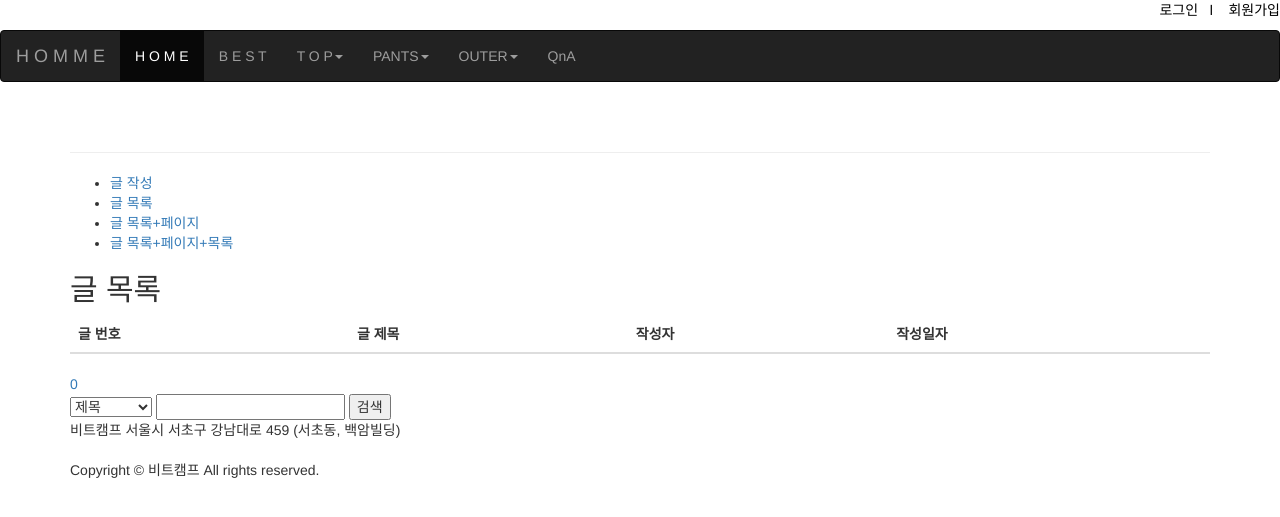
Repository: jsho8894/project03
Page: http://localhost/homme/WEB-INF/views/qna/listSearch.jsp
These files come from the project's save history. The page is drawn as it stood at one moment and after the next save; the edit follows.
The browser window is 1280 px wide. The pictures show the whole page.
The page is served by Tomcat 9. Nobody is signed in. The template is opened directly, without the code that normally fills it, so the values that code supplies are empty.

Above is the page before, as saved 2020-10-21 02:16:50.

After the next save:
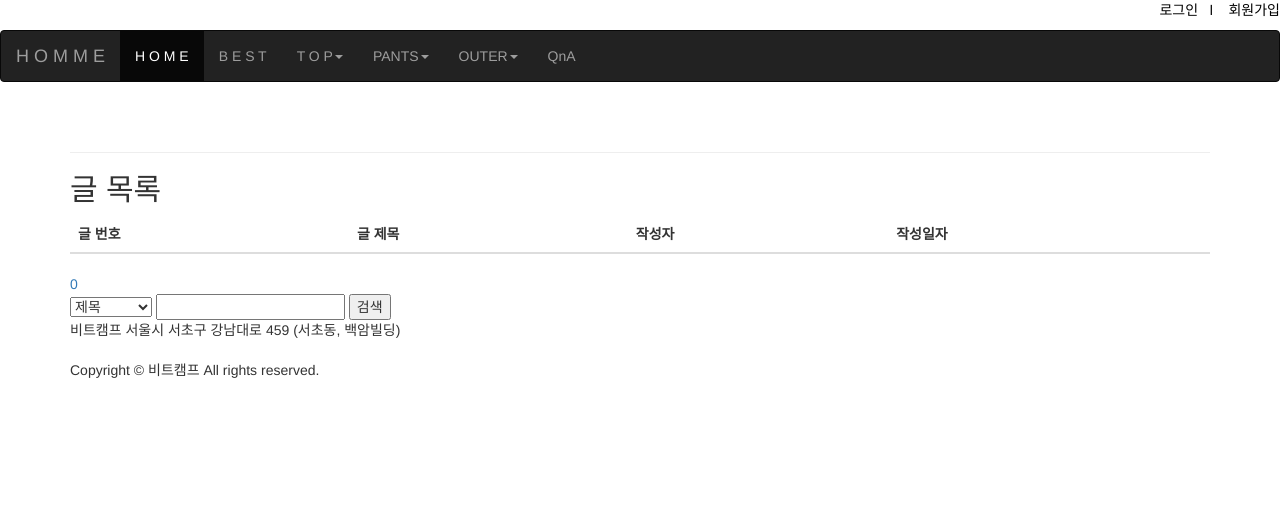
Saved 46 s later.
--- a/boark/homme/src/main/webapp/WEB-INF/views/qna/listSearch.jsp
+++ b/boark/homme/src/main/webapp/WEB-INF/views/qna/listSearch.jsp
@@ -15,9 +15,7 @@
 
 <div class="page-header">
 </div>
-<div id="nav">
-	<%@ include file="../include/nav.jsp" %>
-</div>
+
 <section>
 		<h2>글 목록</h2>
 
@@ -101,6 +99,7 @@
 		location.href = "/qna/listPageSearch?num=1" + "&searchType=" + searchType + "&keyword=" + keyword;
 	};
 </script>
+</section>
 <%@ include file="../template/footer.jspf" %>
 </body>
 </html>
